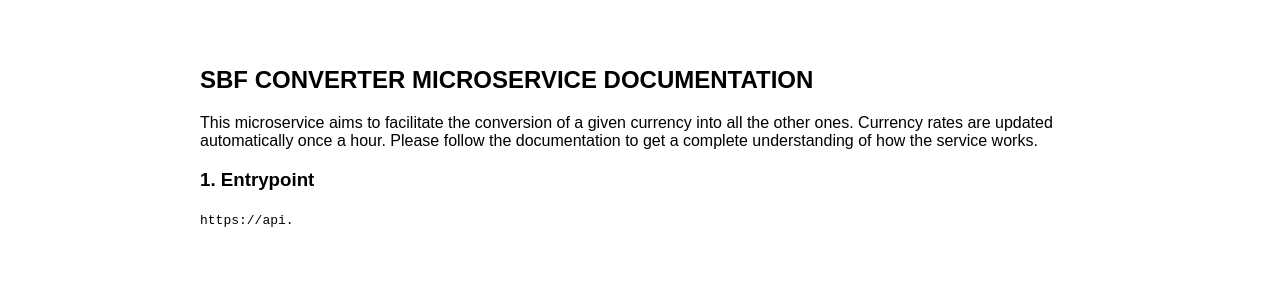
Repository: miguelamello/nestjs-restful-api
Page: documentation.html
These files come from the project's save history. The page is drawn as it stood at one moment and after a run of saves; the edit follows.
The browser window is 1280 px wide. The pictures show the whole page.

Above is the page before, as saved 2023-03-21 22:07:33.

After the next 2 saves:
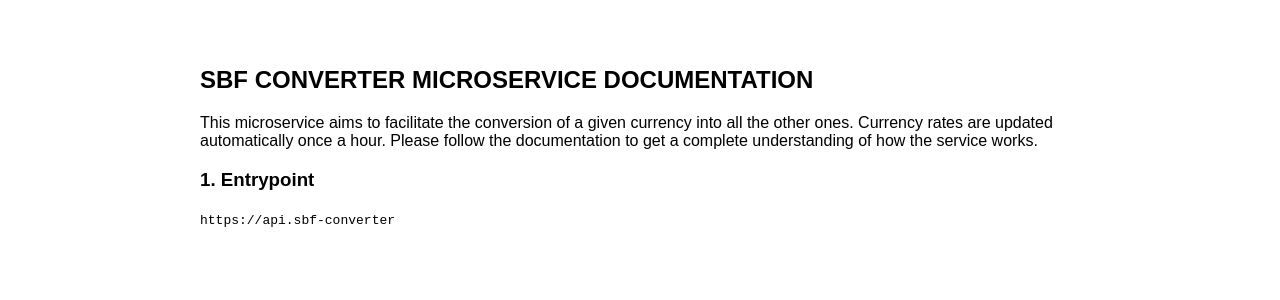
The 2 saves are shown as one change because they came seconds apart.
The last was saved 15 s later.
--- a/documentation.html
+++ b/documentation.html
@@ -21,7 +21,7 @@
   </p>
 
   <h3>1. Entrypoint</h3>
-  <code>https://api.</code>
+  <code>https://api.sbf-converter</code>
   <p></p>
 
 </body>
